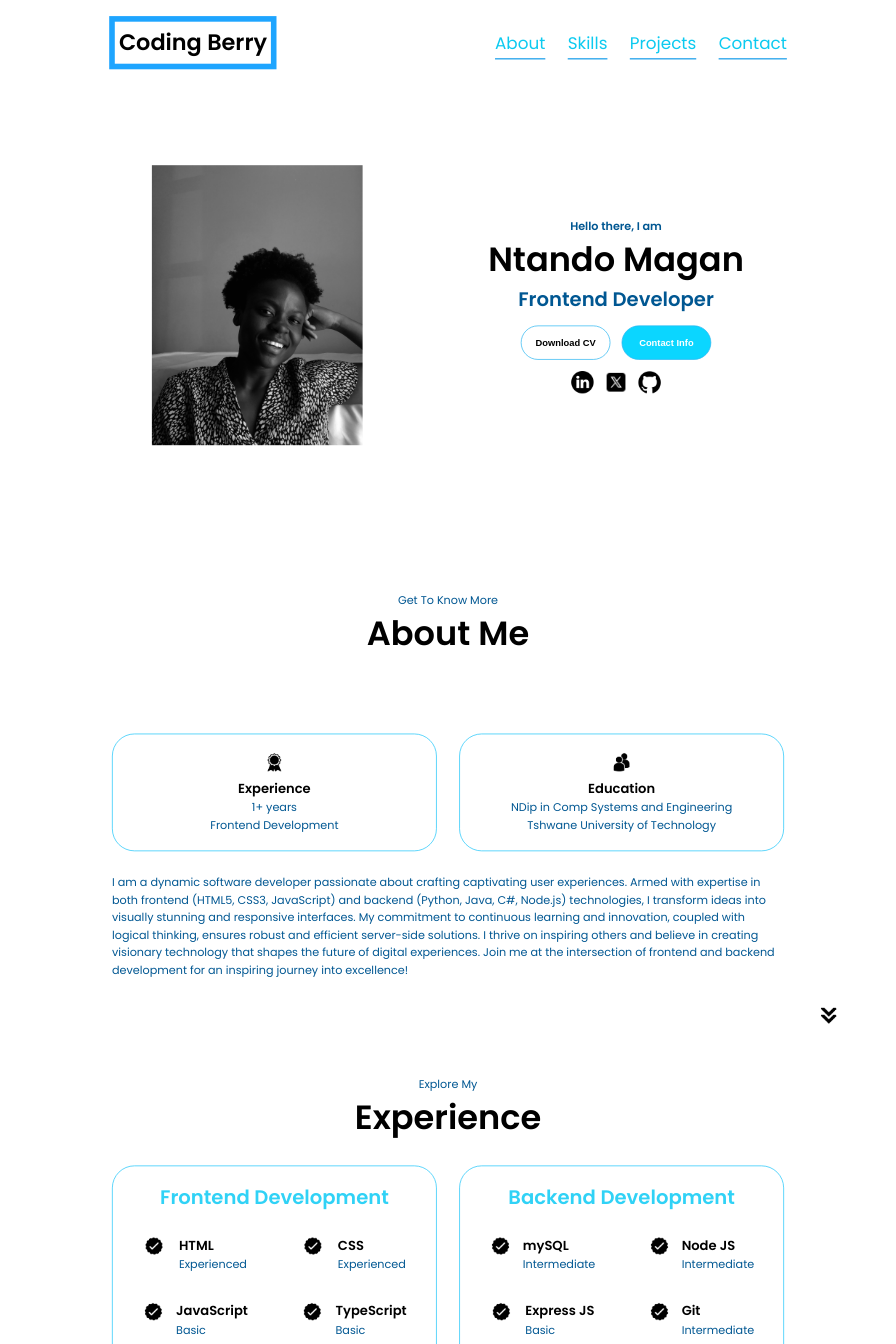
Repository: ntandomagana/FS-Dev-Portfolio
Page: index.html
The author's editor kept a copy of each file at every save. The page is drawn from the files as they stood at one save, then again after a run of saves.
The browser window is 1280 px wide. The pictures show the part of the page from y = 0 to 1920 px (the page is 3177 px tall), at 70% of full size.

Above is the page before, as saved 2024-05-04 14:20:25.

After the next 2 saves:
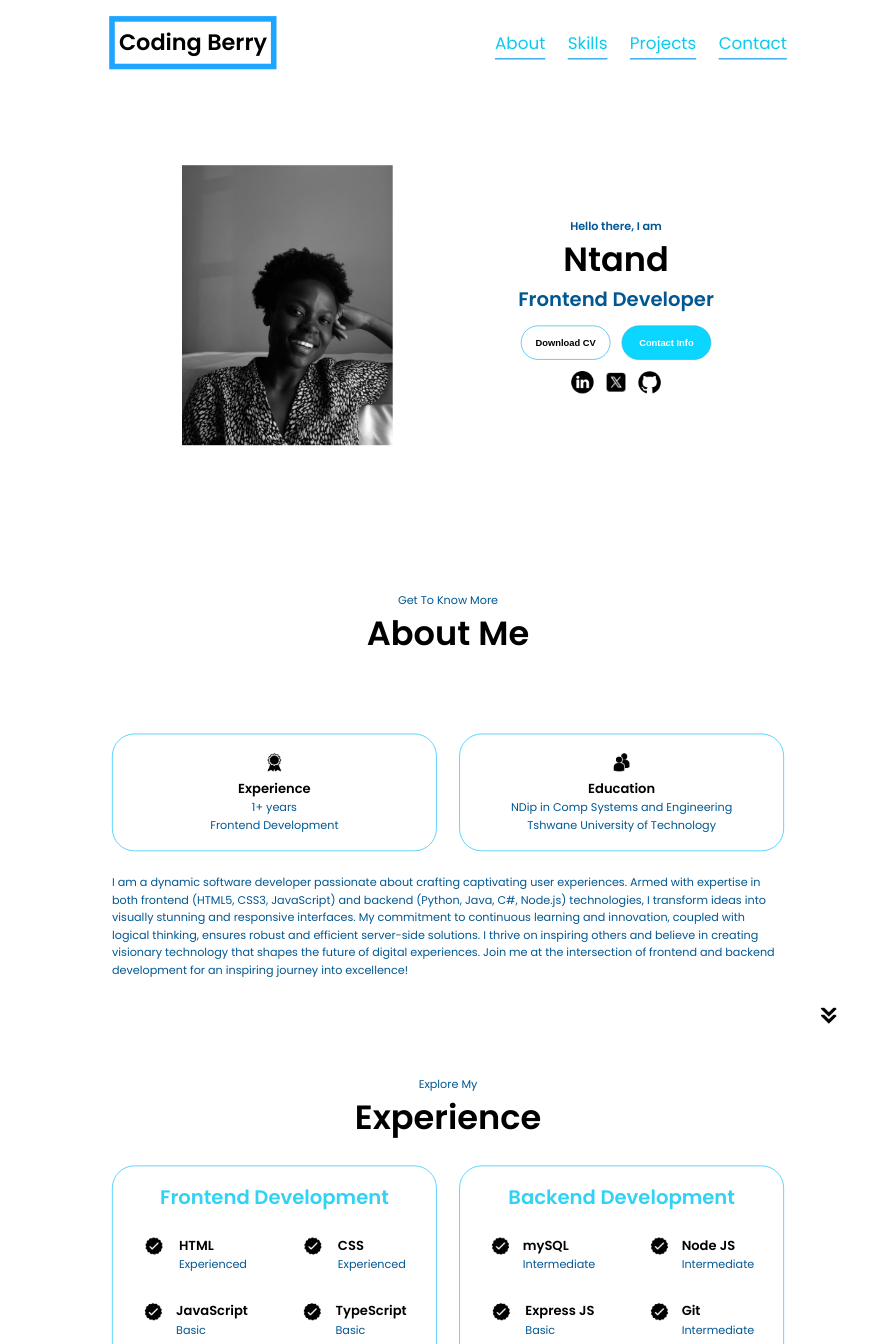
The 2 saves are shown as one change because they came seconds apart.
The last was saved 11 s later.
--- a/script.js
+++ b/script.js
@@ -16,9 +16,9 @@ function typeText() {
     if (index < textToType.length) {
       typedText.innerHTML += textToType.charAt(index);
       index++;
-      setTimeout(type, 300); // typing speed in milliseconds
+      setTimeout(type, 200); // typing speed in milliseconds
     } else {
-      setTimeout(erase, 1000); // wait before erasing
+      setTimeout(erase, 200); // wait before erasing
     }
   }
 
